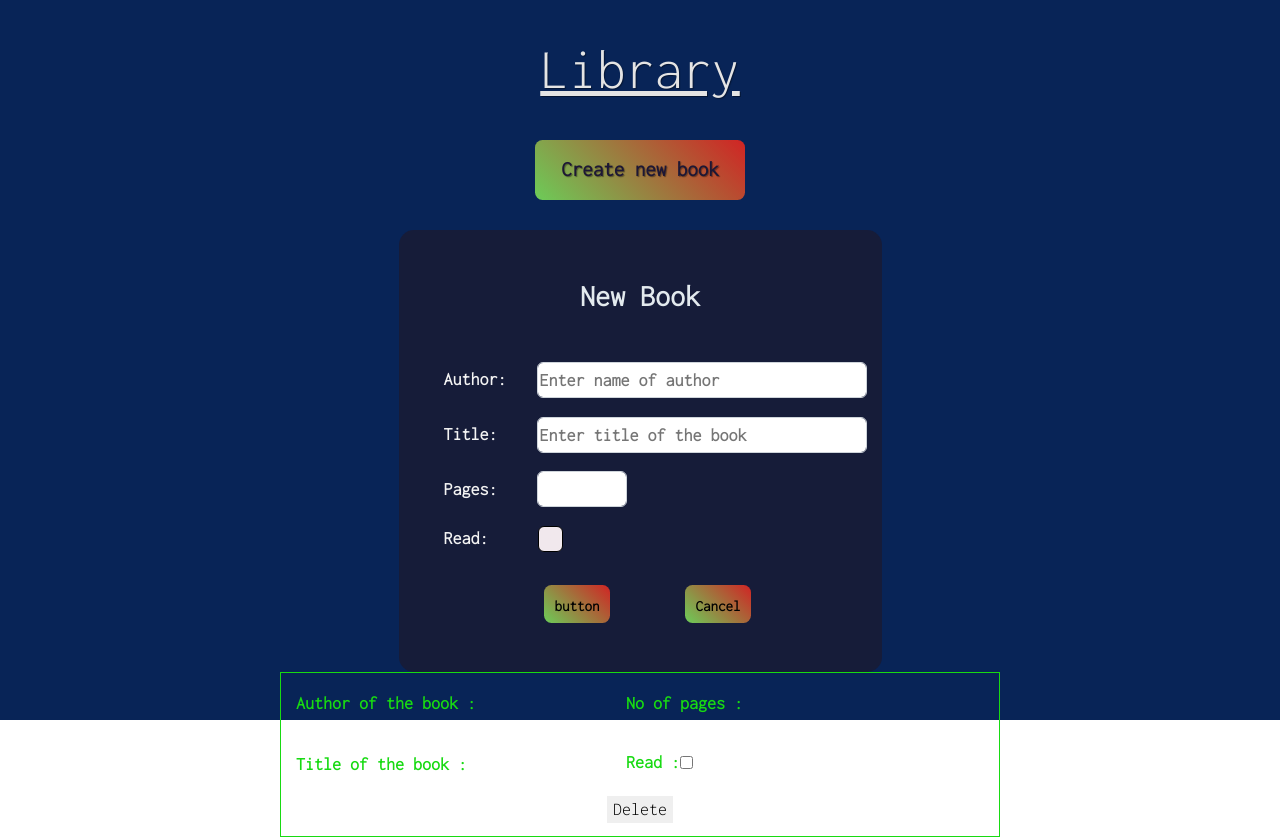
Repository: 0101chaitanya/Library
Page: index.html
These files come from the project's save history. The page is drawn as it stood at one moment and after the next save; the edit follows.
The browser window is 1280 px wide. The pictures show the whole page.

Above is the page before, as saved 2021-06-05 09:55:41.

### index.html
<!DOCTYPE html>
<html>

<head>
    <meta charset="UTF-8">
    <link rel="stylesheet" type="text/css" href="styles.css">

</head>

<body>

    <div id="container">

    </div>
    <script type="text/javascript" src="script.js"></script>

</body>

</html>

### styles.css
@import url('https://fonts.googleapis.com/css2?family=Inconsolata:wght@300&display=swap');
 :root {
    --color-white: #f3f3f3;
    --color-darkblue-alpha: rgba(27, 27, 50, 0.8);
    --color-green: #082457;
}

@media (max-width: 340px) {
     :root {
        font-size: 2px;
    }
}

@media (max-width: 500px) {
     :root {
        font-size: 7.2px;
    }
}

@media (min-width: 501px) {
     :root {
        font-size: 15px;
    }
}

*,
*::before,
*::after {
    box-sizing: border-box;
}

body {
    font-family: 'Inconsolata', monospace;
    font-size: 1rem;
    font-weight: 1000;
    line-height: 1.4;
    color: var(--color-white);
    margin: 0;
}

body::before {
    content: '';
    position: fixed;
    height: 100%;
    width: 100%;
    z-index: -1;
    background: var(--color-green);
}

header {
    font-weight: 500;
    font-size: 3.8rem;
    position: relative;
    top: 2rem;
    text-decoration: underline;
    margin-top: 0rem;
    text-shadow: 1px 1px 1px rgba(0, 0, 0, 0.4);
    color: #e4e4e4;
    text-align: center;
}

label {
    display: flex;
    align-items: center;
    font-size: 1.2rem;
}

input,
button {
    margin: 0;
    font-size: inherit;
    font-family: inherit;
    line-height: inherit;
}

button {
    border: none;
}

#container {
    width: 100%;
    margin: 0rem auto 0 auto;
}

@media (min-width: 576px) {
    #container {
        max-width: 540px;
    }
}

@media (min-width: 768px) {
    #container {
        max-width: 720px;
    }
}

#newBookButton {
    font-size: 1.4rem;
    width: 14rem;
    height: 4rem;
    position: relative;
    margin-top: 4rem;
    background: linear-gradient(45deg, rgb(108, 204, 88), rgb(209, 36, 36));
    font-weight: bold;
    border-radius: 0.5rem;
    text-shadow: 1px 1px 1px rgba(0, 0, 0, 0.4);
    color: rgb(29, 23, 53);
    margin-left: auto;
    margin-right: auto;
    display: block;
}

#newBookButton:hover {
    background: goldenrod;
    box-shadow: 0 0 1rem 0.1rem green;
}

form {
    display: none;
    flex-direction: column;
    align-items: center;
    justify-items: center;
    width: fit-content;
    position: relative;
    top: 2rem;
    margin-left: auto;
    margin-right: auto;
    background: var(--color-darkblue-alpha);
    padding: 2.5rem 6.25rem;
    border-radius: 1rem;
}

@media (min-width:480px) {
    form {
        padding: 3rem;
    }
}

.formGroup {
    margin: 0 auto 1.25rem auto;
}

.textBox {
    font-weight: bold;
    display: block;
    width: 22rem;
    height: 2.4rem;
    padding: - .375rem 2rem;
    background-color: white;
    background-clip: padding-box;
    border: 1px solid #ced4da;
    border-radius: 0.4rem;
    transition: border-color 0.15s ease-in- out, box-shadow 0.15s ease-in-out;
}

.textBox:focus {
    border-color: #80bdff;
    outline: 0;
    box-shadow: 0 0 1rem rgba(0, 255, 85, 0.25);
}

h1 {
    position: relative;
    text-align: center;
    margin-left: 0;
    margin: 0 0 3rem;
    color: rgb(227, 234, 238);
}

#authorInput {
    position: relative;
    left: 2rem;
}

#titleInput {
    position: relative;
    left: 2.6rem;
}

#pagesInput {
    position: relative;
    left: 2.6rem;
    width: 6rem;
    height: 2.4rem;
    padding: - 0.375rem 0.75rem;
    background-color: white;
    background-clip: padding-box;
    border: 1px solid #ced4da;
    border-radius: 0.4rem;
    transition: border-color 0.15s ease-in- out, box-shadow 0.15s ease-in-out;
    font-weight: bold;
}

#pagesInput:focus {
    border-color: #80bdff;
    outline: 0;
    box-shadow: 0 0 0 0.2rem rgba(0, 255, 85, 0.25);
}

#urlInput {
    position: relative;
    height: 2.4rem;
    width: 22rem;
    left: 3.85rem;
    padding: - .375rem 2rem;
    background-color: white;
    background-clip: padding-box;
    border: 1px solid #ced4da;
    border-radius: 0.4rem;
    transition: border-color 0.15s ease-in- out, box-shadow 0.15s ease-in-out;
}

#urlInput:focus {
    border-color: #80bdff;
    outline: 0;
    box-shadow: 0 0 1rem rgba(0, 255, 85, 0.25);
}

#readInput {
    position: relative;
    left: 3.3rem;
    opacity: 0;
}

.checkMark {
    position: relative;
    display: inline-flex;
    justify-content: center;
    align-items: center;
    left: 2.4rem;
    height: 1.7rem;
    width: 1.7rem;
    border-color: black;
    border-style: solid;
    border-width: 0.01rem;
    color: rgb(241, 232, 237);
    background: rgb(241, 232, 237);
    border-radius: 0.4rem;
}

#readInput:checked~.checkMark {
    color: rgb(26, 28, 43);
    background: rgb(84, 139, 221);
}

#submission {
    display: flex;
    justify-content: center;
    position: relative;
    top: 1rem;
}

.selection {
    margin: 0 2rem auto 3rem;
    height: 2.5rem;
    width: 100%;
    padding: 0.7rem;
    border-radius: 0.5rem;
    font-weight: bold;
    background: linear-gradient(45deg, rgb(108, 204, 88), rgb(209, 36, 36));
}

.selection:hover {
    background: goldenrod;
    box-shadow: 0 0 1rem 0.1rem green;
}

#vb {
    position: relative;
    display: block;
    margin-left: auto;
    margin-right: auto;
    top: 2rem;
    height: auto;
    width: auto;
}

.divElement {
    display: flex;
    border: 1px solid;
    flex-direction: column;
    align-items: flex-start;
    padding: 0rem 1rem;
    color: #18da12;
    height: 11rem;
    font-size: 1.2rem;
}

p:nth-of-type(3) {
    position: relative;
    left: 22rem;
    top: -8.1rem;
}

.divElement label {
    position: relative;
    left: 22rem;
    top: -7.1rem;
}

.deleteBtn {
    width: fit-content;
    position: relative;
    display: block;
    margin-left: auto;
    margin-right: auto;
    top: -5.7rem;
}

### script.js
'use strict';
let container = document.getElementById("container");
let heading = document.createElement("header");
heading.textContent = 'Library';
container.appendChild(heading);
let newBook = document.createElement('button');
newBook.id = 'newBookButton';
newBook.textContent = 'Create new book';
container.appendChild(newBook);

let form = document.createElement('form');
let h1 = document.createElement('h1');
form.appendChild(h1);
//form.method = "post";
let divInput = document.createElement('div');
divInput.id = 'divInput';

function createElmt(labelName, labelId, tipe, labelTextContent, inputId, inpId, req, place, checkMk) {

    let formGroup = document.createElement('div');
    formGroup.classList.add('formGroup');
    labelName = document.createElement('label');
    labelName.textContent = labelTextContent;
    labelName.id = labelId;
    labelName.htmlFor = inputId;
    inputId = document.createElement('input');
    inputId.type = tipe;
    inputId.id = inpId;
    // inputId.required = req;
    inputId.placeholder = place;
    if (inputId.type == 'text') {
        inputId.classList.add('textBox');
    }
    labelName.appendChild(inputId);
    if (checkMk == 'read') {
        let span = document.createElement('span');
        span.className = 'checkMark';
        span.innerHTML = '&#10003';


        labelName.appendChild(span);
    }
    formGroup.appendChild(labelName);

    divInput.appendChild(formGroup);
}

h1.textContent = `New Book`;
createElmt('author', 'author', 'text', 'Author:', 'authorInput', 'authorInput', true, 'Enter name of author');
createElmt('title', 'title', 'text', 'Title:', 'titleInput', 'titleInput', true, 'Enter title of the book');
createElmt('pages', 'pages', 'number', 'Pages:', 'pagesInput', 'pagesInput', true, '');
createElmt('read', 'read', 'checkbox', 'Read:', 'readInput', 'readInput', false, null, 'read');
form.appendChild(divInput);
let submission = document.createElement('div');
submission.classList.add('formGroup');
submission.id = 'submission';
let submitBtn = document.createElement('button');
submitBtn.textContent = 'button';
submitBtn.id = "submitBtn";
submitBtn.type = 'submit';
submitBtn.classList.add('selection');
submission.appendChild(submitBtn);
let cancel = document.createElement('button');
cancel.textContent = 'Cancel';
cancel.id = 'cancel';
cancel.type = 'button';
cancel.classList.add('selection');
submission.appendChild(cancel);
form.appendChild(submission);
container.appendChild(form);
let viewBox = document.createElement('div');
viewBox.id = 'vb';
container.appendChild(viewBox);

function setBookObj(author, title, pages, readStatus) {
    this.author = author;
    this.title = title;
    this.pages = pages;
    this.readStatus = readStatus;
}
let x = document.getElementById(`authorInput`);

let objArray = [];

form.addEventListener('submit', addBook(form)); //console.log(ObjArray.length);

function addBook(form) {
    let obj = new setBookObj(form.elements[0].textContent, form.elements[1].textContent, form.elements[2].value, form.elements[4].checked);
    console.log(obj);

    objArray.push(obj);

}
console.log(objArray);

objArray.forEach((item, i) => {


    let divOut = document.createElement('div');
    divOut.id = `divOut${i}`;
    divOut.classList.add('divElement');
    let authOut = document.createElement('p');
    authOut.classList.add(`out`);
    authOut.textContent = `Author of the book : ${item.author}`;
    let titleOut = document.createElement('p');
    titleOut.textContent = `Title of the book : ${item.title}`;;
    titleOut.classList.add(`out`);
    let pgsOut = document.createElement('p');
    pgsOut.textContent = `No of pages : ${item.pages}`;
    pgsOut.classList.add(`out`);
    let redLabel = document.createElement('label');
    redLabel.classList.add(`out`);
    redLabel.textContent = `Read :`;
    let redOut = document.createElement('input');
    redLabel.htmlFor = redOut;
    redOut.type = 'checkbox';
    redLabel.appendChild(redOut);
    redOut.checked = item.readStatus;
    divOut.appendChild(authOut);
    divOut.appendChild(titleOut);
    divOut.appendChild(pgsOut);
    divOut.appendChild(redLabel);

    let deleteBtn = document.createElement('button');
    deleteBtn.type = 'button';
    deleteBtn.classList.add('deleteBtn');
    deleteBtn.textContent = 'Delete';
    deleteBtn.addEventListener('click', e => {
        objArray.splice(i, 1, 0);
        divOut.remove();
        console.log(objArray);
    });


    divOut.appendChild(deleteBtn);
    viewBox.appendChild(divOut);

    console.log(item);
});

form.style.display = 'flex';

function formEnable() {
    form.style.display = 'flex';
}

function formDisable() {
    form.style.display = 'none';
}

After the next save:
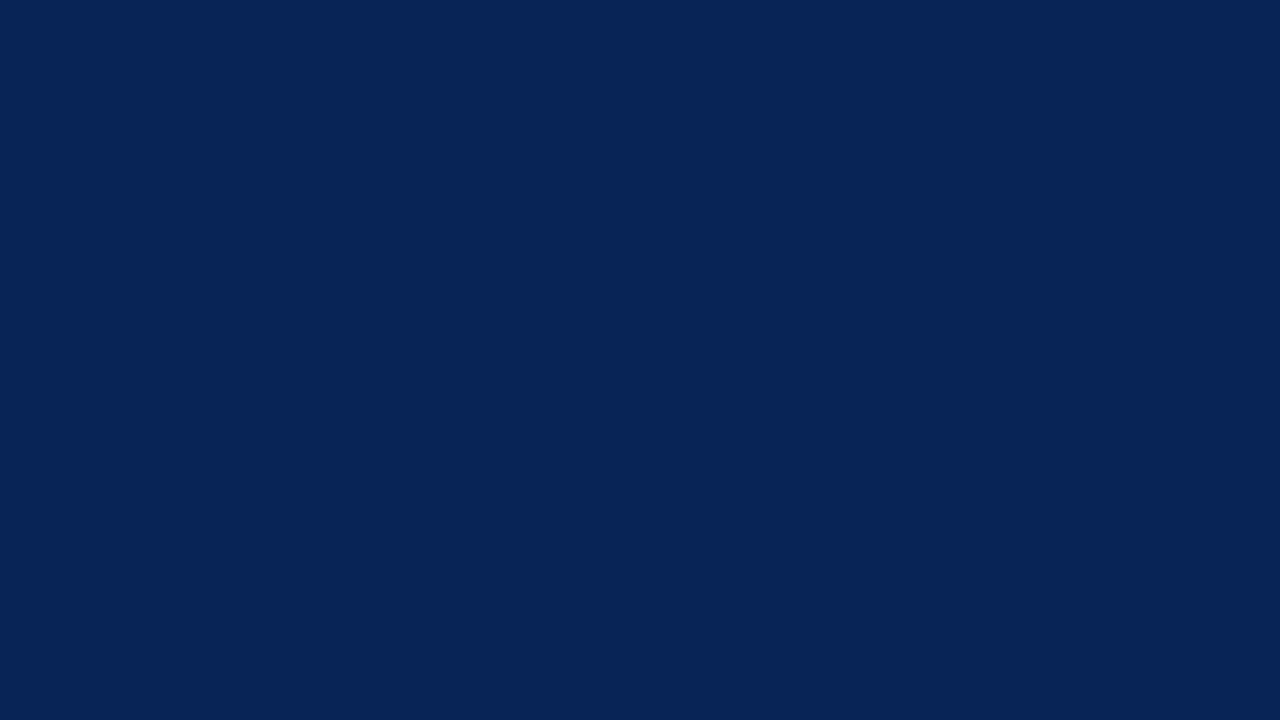
Console error: SyntaxError: Unexpected token '.'
Saved 114 s later.
--- a/script.js
+++ b/script.js
@@ -55,7 +55,7 @@
 submission.classList.add('formGroup');
 submission.id = 'submission';
 let submitBtn = document.createElement('button');
-submitBtn.textContent = 'button';
+submitBtn.textContent = 'Submit-form';
 submitBtn.id = "submitBtn";
 submitBtn.type = 'submit';
 submitBtn.classList.add('selection');
@@ -82,7 +82,7 @@
 
 let objArray = [];
 
-form.addEventListener('submit', addBook(form)); //console.log(ObjArray.length);
+.addEventListener('submit', addBook(form)); //console.log(ObjArray.length);
 
 function addBook(form) {
     let obj = new setBookObj(form.elements[0].textContent, form.elements[1].textContent, form.elements[2].value, form.elements[4].checked);

After the save that followed:
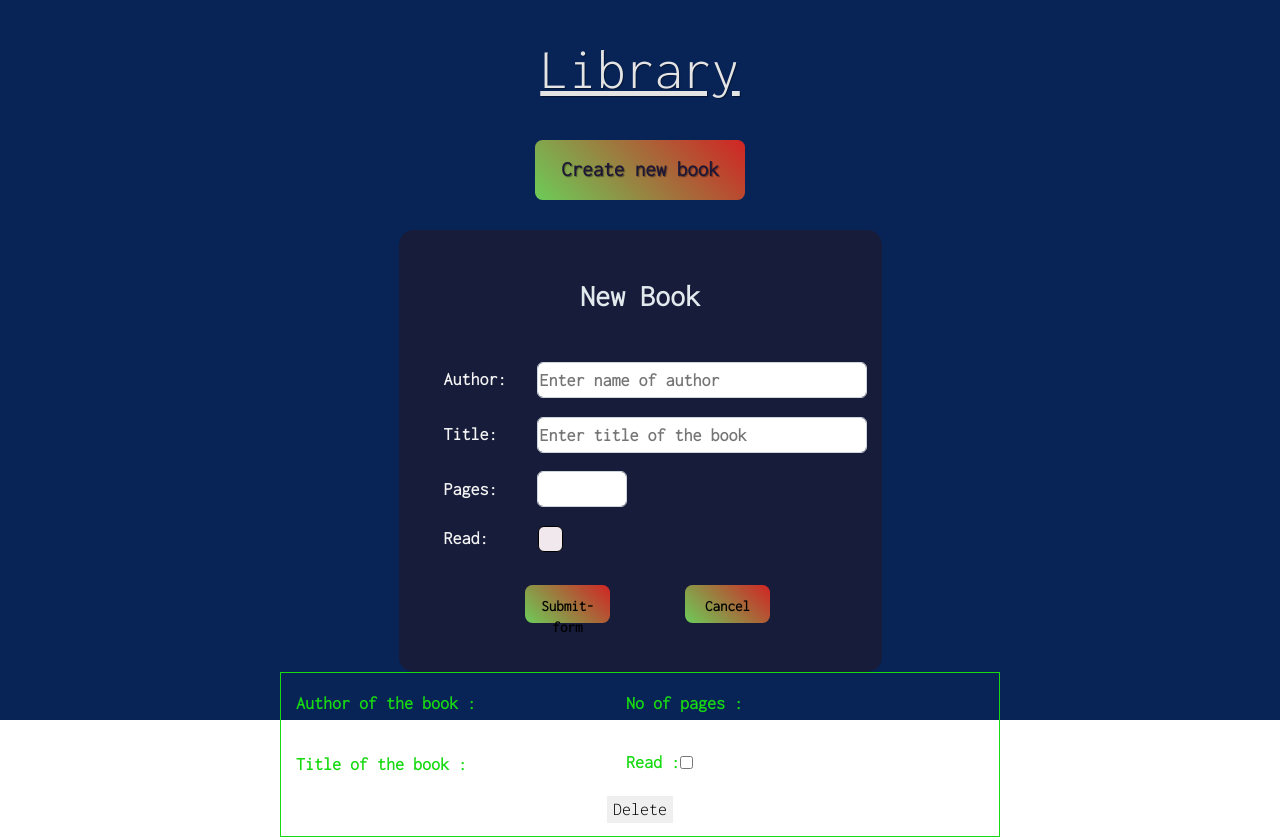
The error is gone.
Saved 50 s later.
--- a/script.js
+++ b/script.js
@@ -82,7 +82,7 @@
 
 let objArray = [];
 
-.addEventListener('submit', addBook(form)); //console.log(ObjArray.length);
+submitBtn.addEventListener('click', addBook(form)); //console.log(ObjArray.length);
 
 function addBook(form) {
     let obj = new setBookObj(form.elements[0].textContent, form.elements[1].textContent, form.elements[2].value, form.elements[4].checked);
